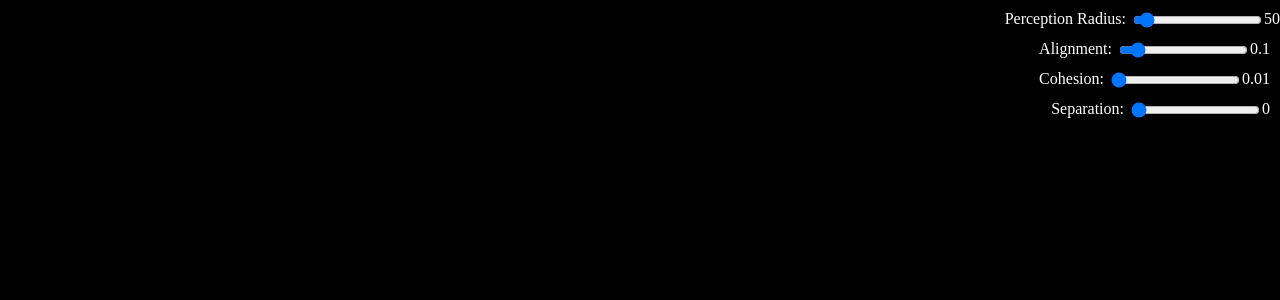
Repository: eltonsampaio12/boids
Page: index.html
These files come from the project's save history. The page is drawn as it stood at one moment and after the next save; the edit follows.
The browser window is 1280 px wide. The pictures show the whole page.

Above is the page before, as saved 2024-01-30 21:14:15.
Not found: main.ts

### index.html
<!DOCTYPE html>
<html lang="en">
  <head>
    <meta charset="utf-8" />
    <title>My first three.js app</title>
    <style>
      body {
        margin: 0;
        background-color: black;
      }
      .perceptionRadiusLabel,
      .alignmentLabel,
      .cohesionLabel,
      .separationLabel {
        color: white;
        margin-right: 5px;
      }

      .parameterParent {
        display: flex;
        justify-content: flex-end;
        margin-left: 10px;
        margin-top: 10px;
      }

      .parameterValue {
        color: white;
        margin-right: 10px;
      }

      span {
        color: white;
      }
    </style>
  </head>
  <body>
    <script type="module" src="/main.ts"></script>

    <div class="parameterParent">
      <label class="perceptionRadiusLabel" for="perceptionRadiusSlider"
        >Perception Radius:</label
      >
      <input
        type="range"
        id="perceptionRadiusSlider"
        min="0"
        max="1000"
        value="50"
        step="1"
      />
      <span id="perceptionRadiusValue">50</span>
    </div>

    <div class="parameterParent">
      <label class="alignmentLabel" for="alignmentSlider">Alignment:</label>
      <input
        type="range"
        id="alignmentSlider"
        min="0"
        max="1"
        value="0.1"
        step="0.1"
      />
      <span class="parameterValue" id="alignmentValue">0.1</span>
    </div>

    <div class="parameterParent">
      <label class="cohesionLabel" for="cohesionSlider">Cohesion:</label>
      <input
        type="range"
        id="cohesionSlider"
        min="0"
        max="1"
        value="0.01"
        step="0.1"
      />
      <span class="parameterValue" id="cohesionValue">0.01</span>
    </div>

    <div class="parameterParent">
      <label class="separationLabel" for="separationSlider">Separation:</label>
      <input
        type="range"
        id="separationSlider"
        min="0"
        max="100"
        value="0"
        step="0.1"
      />
      <span class="parameterValue" id="separationValue">0</span>
    </div>
  </body>
</html>

After the next save:
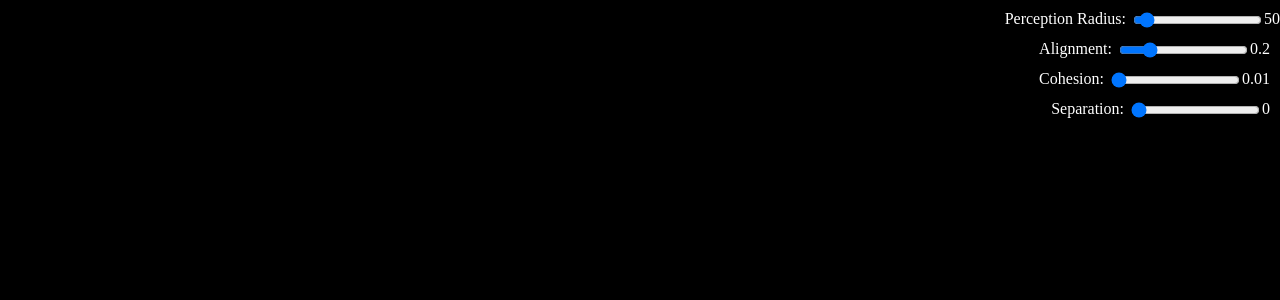
Saved 3 min 3 s later.
--- a/index.html
+++ b/index.html
@@ -58,10 +58,10 @@
         id="alignmentSlider"
         min="0"
         max="1"
-        value="0.1"
+        value="0.2"
         step="0.1"
       />
-      <span class="parameterValue" id="alignmentValue">0.1</span>
+      <span class="parameterValue" id="alignmentValue">0.2</span>
     </div>
 
     <div class="parameterParent">

After the save that followed:
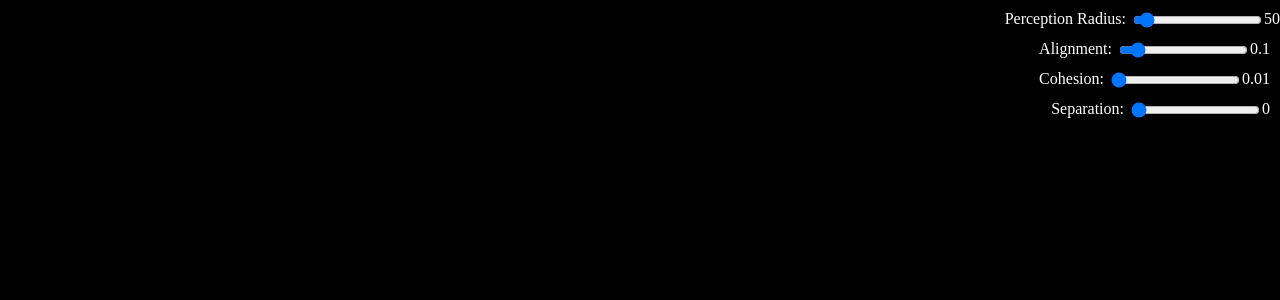
Saved 39 s later.
--- a/index.html
+++ b/index.html
@@ -58,10 +58,10 @@
         id="alignmentSlider"
         min="0"
         max="1"
-        value="0.2"
+        value="0.1"
         step="0.1"
       />
-      <span class="parameterValue" id="alignmentValue">0.2</span>
+      <span class="parameterValue" id="alignmentValue">0.1</span>
     </div>
 
     <div class="parameterParent">
